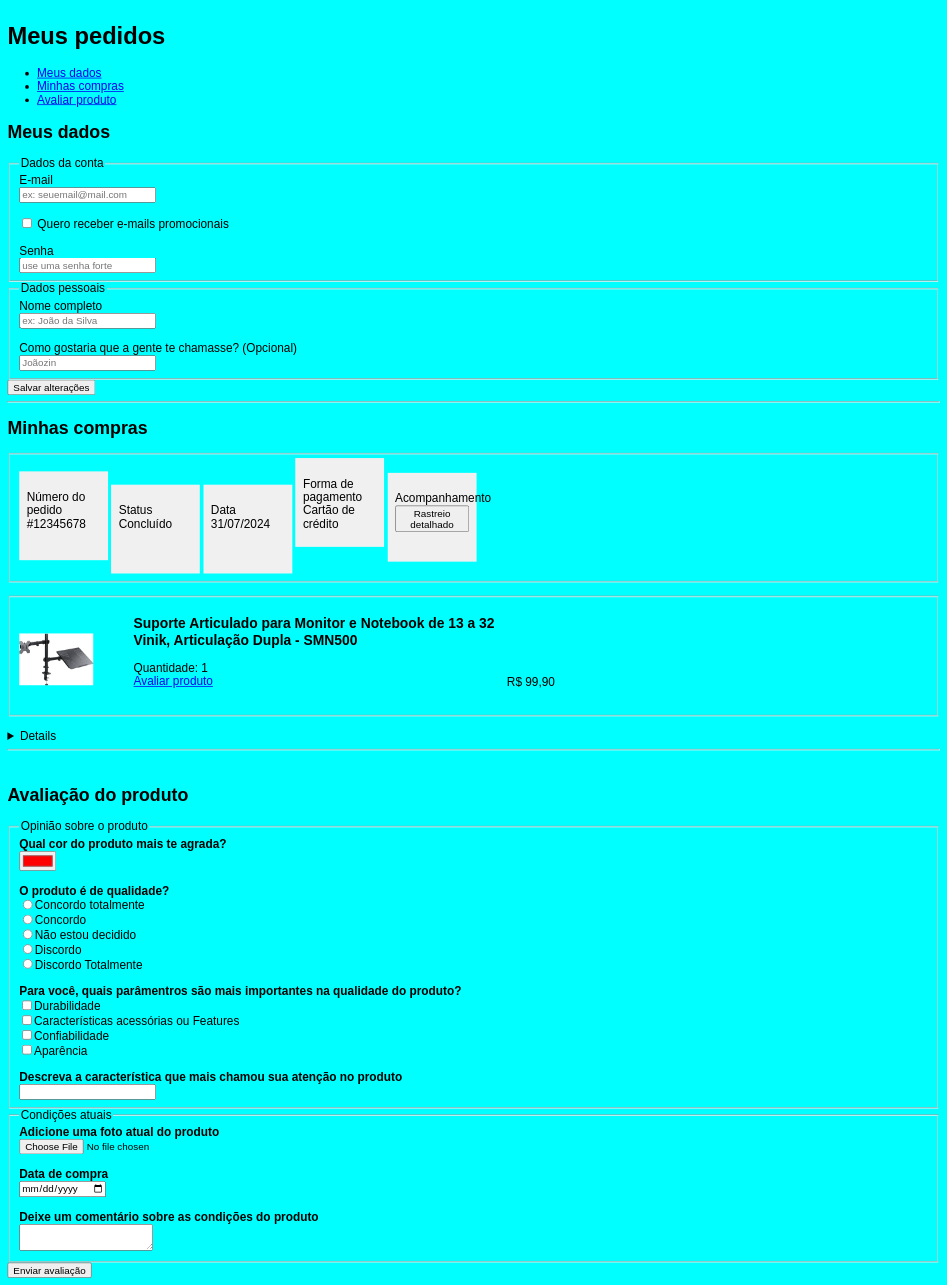
Repository: claudemir-camargo/site-compras
Page: index.html
These files come from the project's save history. The page is drawn as it stood at one moment and after the next save; the edit follows.
The browser window is 1280 px wide. The pictures show the whole page, at 74% of full size.

Above is the page before, as saved 2024-03-04 01:06:27.

### index.html
<!DOCTYPE html>
<html lang="en">

<head>
    <meta charset="UTF-8">
    <meta name="viewport" content="width=device-width, initial-scale=1.0">
    <link rel="stylesheet" type="text/css" href="css/style.css" />
    <title>Site de Compras</title>
</head>

<body>
    <h1>Meus pedidos</h1>
    <ul>
        <li><a href="#meus-dados">Meus dados</a></li>
        <li><a href="#minhas-compras">Minhas compras</a></li>
        <li><a href="#avaliacao-produto">Avaliar produto</a></li>
    </ul>
    <h2 id="meus-dados">Meus dados</h2>
    <!-- Conta -->
    <fieldset>
        <legend>Dados da conta</legend>
        <form>
            <label>E-mail</label><br>
            <input type="email" id="email" name="email" placeholder="ex: seuemail@mail.com"><br><br>
            <input type="checkbox">
            <label>Quero receber e-mails promocionais</label><br><br>
            <label>Senha</label><br>
            <input type="password" placeholder="use uma senha forte">
        </form>
    </fieldset>
    <!-- Pessoais -->
    <fieldset>
        <legend>Dados pessoais</legend>
        <form>
            <label>Nome completo</label><br>
            <input type="text" placeholder="ex: João da Silva"><br><br>
            <label>Como gostaria que a gente te chamasse? (Opcional) </label><br>
            <input type="text" placeholder="Joãozin">
        </form>
    </fieldset>
    <button type="button">Salvar alterações</button>
    <hr>
    <!-- Minhas compras -->
    <h2 id="minhas-compras">Minhas compras</h2>
    <fieldset>
        <div class="container">
            <div id="div1">
                <p>Número do pedido<br>#12345678</p>
            </div>
            <div id="div2">
                <p>Status<br>Concluído</p>
            </div>
            <div id="div3">
                <p>Data<br>31/07/2024</p>
            </div>
            <div id="div4">
                <p>Forma de pagamento<br>Cartão de crédito</p>
            </div>
            <div id="div5">
                <p>Acompanhamento<br><a href="#rastreioModal"><button>Rastreio detalhado</button></a></p>
            </div>
        </div>
    </fieldset>
    <div id="rastreioModal" class="modal">
        <h2>Rastreio detalhado</h2>
        <p>Seu pedido foi entregue com sucesso!<br>
            Entregue por: GFL<br>
            Código de rasteeio: 123456789<br>
            Entregue em: 31/07/2024<br>
        </p>
        <a href="#">Fechar</a>
    </div>

    <!-- Produto -->
    <br>
    <fieldset>
        <div class="imagem"><img src="img/suporte.jpg" alt="Suporte"></div>
        <div class="produto">
            <h3>
                <p>Suporte Articulado para Monitor e Notebook de 13 a 32 Vinik,
                    Articulação Dupla - SMN500</p>
            </h3>
            Quantidade: 1<br>
            <a href="#avaliacao-produto">Avaliar produto</a><br>
        </div>
        R$ 99,90
    </fieldset>
    <br>
    <details tag="Detalhes de Envio e Pagamento">
        <p></p>
        <strong>Endereço de entrega</strong><br>
        Avenida Estelita Falcão<br>
        Número 12, Centro<br>
        CEP 48170-970 - Itapetininga/São Paulo
        <br><br>
        <strong>Forma de Pagamento</strong><br>
        Cartão de crédito<br>
        Master Card **** **** **** 1234<br>
        Titular: Claudemir Camargo
        <br><br>
        <strong>Frete</strong>
        R$ 15,50<br>
        Enviado por GFL<br>
        Entregue
    </details>
    <hr>
    <br>
    <form>
        <h2 id="avaliacao-produto">Avaliação do produto</h2>
        <fieldset>
            <legend>Opinião sobre o produto</legend>
            <label><strong>Qual cor do produto mais te agrada?</strong></label><br>
            <input type="color" value="#ff0000"><br><br>
            <label><strong>O produto é de qualidade?</strong></label><br>
            <input type="radio" name="qualidade"><label>Concordo totalmente</label><br>
            <input type="radio" name="qualidade"><label>Concordo</label><br>
            <input type="radio" name="qualidade"><label>Não estou decidido</label><br>
            <input type="radio" name="qualidade"><label></label>Discordo</label><br>
            <input type="radio" name="qualidade"><label></label>Discordo Totalmente</label>
            <br><br>
            <label><strong>Para você, quais parâmentros são mais importantes na qualidade do
                    produto?</strong></label><br>
            <input type="checkbox"><label>Durabilidade</label><br>
            <input type="checkbox"><label>Características acessórias ou Features</label><br>
            <input type="checkbox"><label>Confiabilidade</label><br>
            <input type="checkbox"><label>Aparência</label>
            <br><br>
            <label><strong>Descreva a característica que mais chamou sua atenção no produto</strong></label><br>
            <input list="browsers" name="browser" id="browser">
            <datalist id="browsers">
                <option value="Cor">
                <option value="Tamanho">
                <option value="Peso">
                <option value="Material">
            </datalist>
        </fieldset>
        <fieldset>
            <legend>Condições atuais</legend>
            <label><strong>Adicione uma foto atual do produto</strong></label><br>
            <input type="file">
            <br><br>
            <label><strong>Data de compra</strong></label><br>
            <input type="date">
            <br><br>
            <label><strong>Deixe um comentário sobre as condições do produto</strong></label><br>
            <textarea name="comentario"></textarea>
        </fieldset>
        <button type="button">Enviar avaliação</button>
    </form>
</body>

</html>

### css/style.css
* {
    font-family: Arial, Helvetica, sans-serif;
}

img {
    height: 70px;
    width: 100px;
}

body{
    margin: 5px;
    padding: 5px;
    background-color:aqua
}

#div1, #div2, #div3, #div4, #div5 {
    width: 100px;
    height: 100px;
    display: inline-block;
    padding: 10px;
    background-color: #f0f0f0;
}

.imagem {
    width: 150px;
    height: 100px;
    display: inline-block;
}

.produto {
    width: 500px;
    height: 100px;
    display: inline-block;
}

.modal {
    display: none;
    position: fixed;
    top: 50%;
    left: 50%;
    transform: translate(-50%, -50%);
    background-color: #f9f9f9;
    padding: 20px;
    border: 1px solid #ccc;
    box-shadow: 0 2px 10px rgba(0, 0, 0, 0.1);
    z-index: 1000;
}

.modal:target {
    display: block;
}

After the next save:
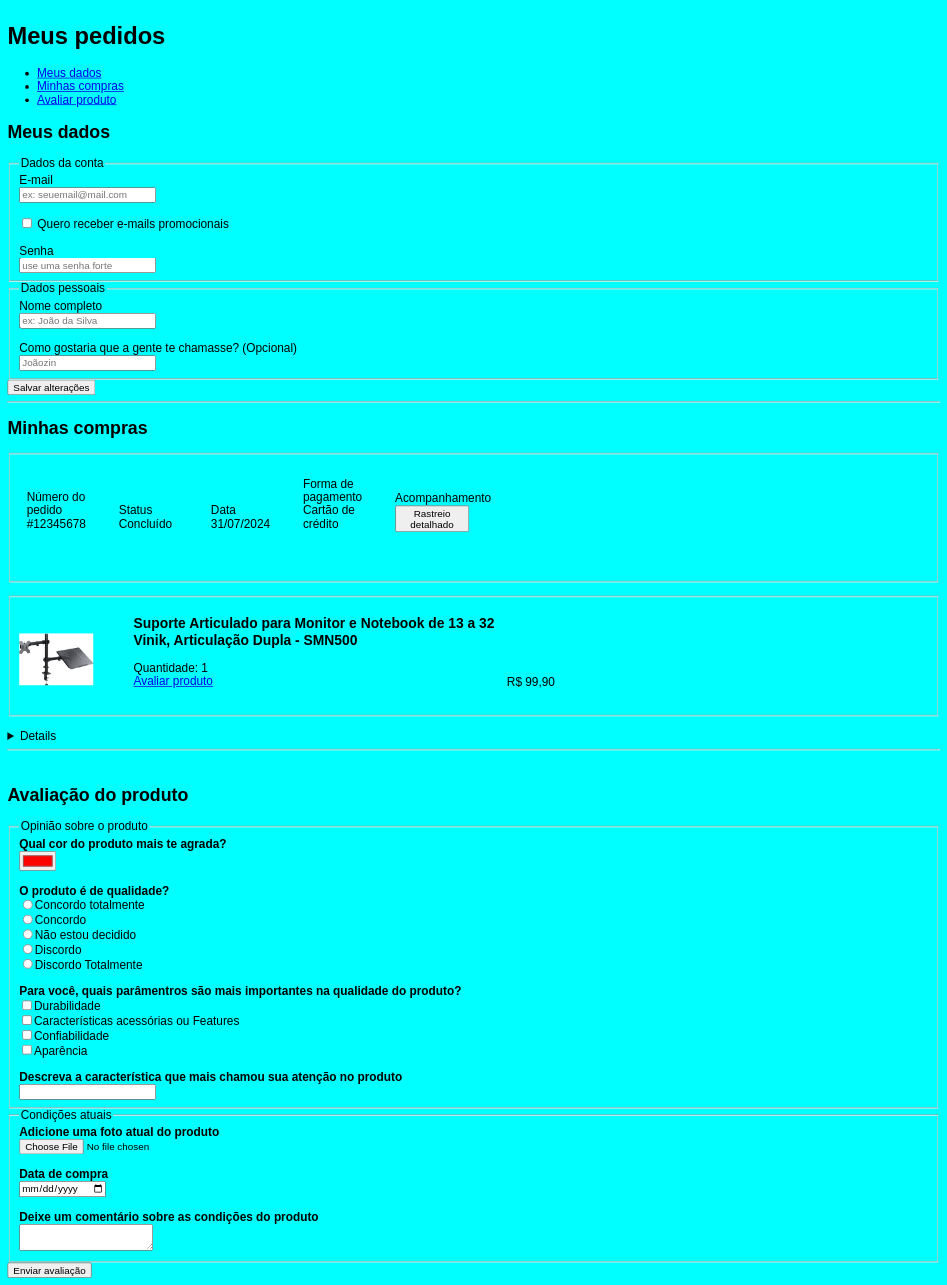
Saved 60 s later.
--- a/css/style.css
+++ b/css/style.css
@@ -18,7 +18,6 @@ body{
     height: 100px;
     display: inline-block;
     padding: 10px;
-    background-color: #f0f0f0;
 }
 
 .imagem {
